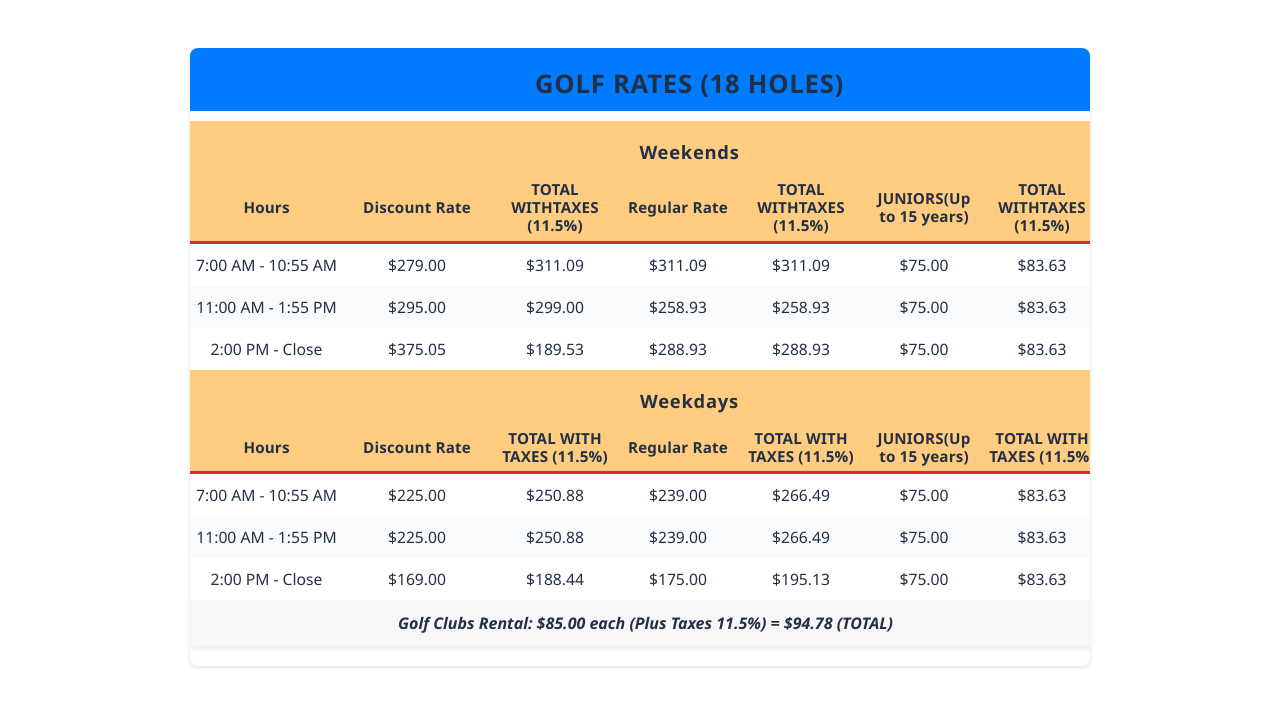
Repository: chvg1968/airphonebook
Page: src/html/pages/golfrates.html
An editor plug-in stored every save of this project. The page is shown before and after the next save, followed by the edit.
The browser window is 1280 px wide. The pictures show the whole page.

Above is the page before, as saved 2025-05-08 18:17:54.

After the next save:
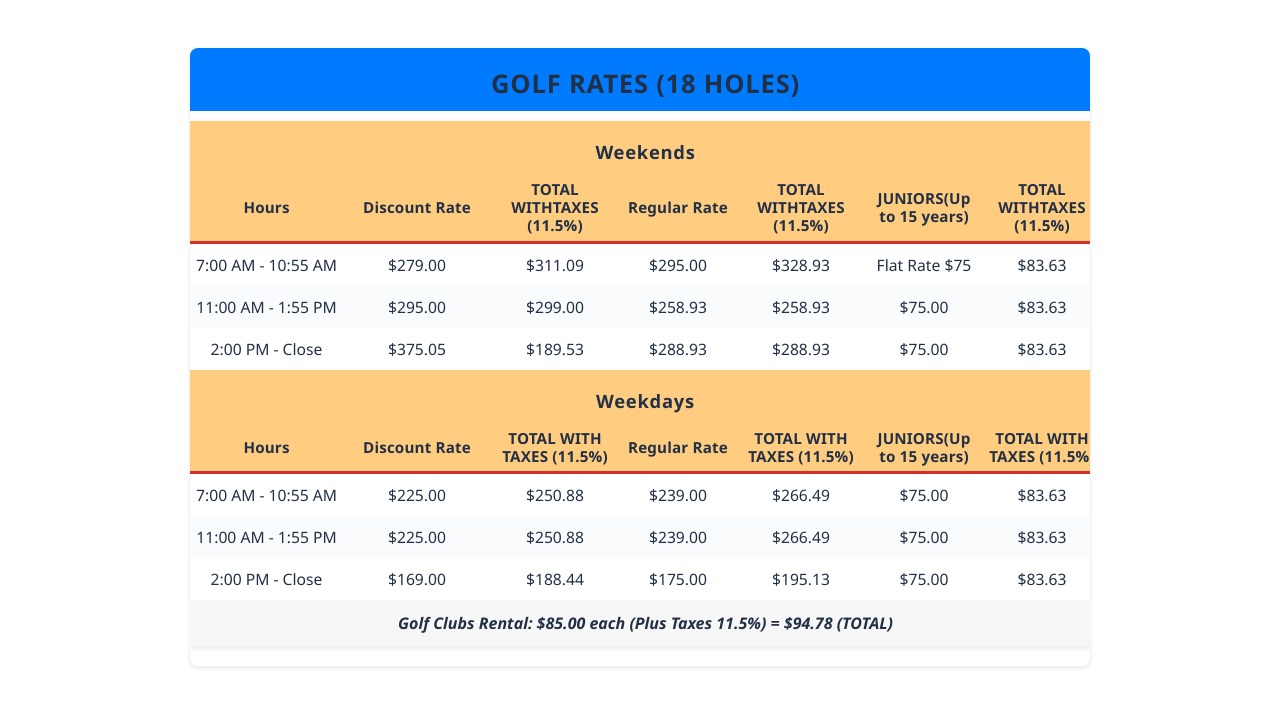
Saved 4 min 4 s later.
--- a/src/html/pages/golfrates.html
+++ b/src/html/pages/golfrates.html
@@ -128,7 +128,6 @@
             <th class="header-underline" style="min-width:120px;">TOTAL WITH<br>TAXES (11.5%)</th>
             <th class="header-underline" style="min-width:110px;">JUNIORS<br>(Up to 15 years)</th>
             <th class="header-underline" style="min-width:110px;">TOTAL WITH<br>TAXES (11.5%)</th>
-            <th class="header-underline" style="min-width:80px;">Flat Rate $75<br>($3.63)</th>
             </tr>
             </thead>
                 <tbody>
@@ -136,10 +135,9 @@
                     <td>7:00 AM - 10:55 AM</td>
                     <td>$279.00</td>
                     <td>$311.09</td>
-                    <td>$311.09</td>
-                    <td>$311.09</td>
-                    <td>$75.00</td>
-                    <td>$83.63</td>
+                    <td>$295.00</td>
+                    <td>$328.93</td>
+                    <td>Flat Rate $75</td>
                     <td>$83.63</td>
                   </tr>
                   <tr>
@@ -150,7 +148,6 @@
                     <td>$258.93</td>
                     <td>$75.00</td>
                     <td>$83.63</td>
-                    <td>$83.63</td>
                   </tr>
                   <tr>
                     <td>2:00 PM - Close</td>
@@ -159,7 +156,6 @@
                     <td>$288.93</td>
                     <td>$288.93</td>
                     <td>$75.00</td>
-                    <td>$83.63</td>
                     <td>$83.63</td>
                   </tr>
                 </tbody>
@@ -175,7 +171,6 @@
                     <th class="header-underline">TOTAL WITH TAXES (11.5%)</th>
                     <th class="header-underline">JUNIORS<br>(Up to 15 years)</th>
                     <th class="header-underline">TOTAL WITH TAXES (11.5%)</th>
-                    <th class="header-underline">Flat Rate $75</th>
                   </tr>
                 </thead>
                 <tbody>
@@ -187,7 +182,6 @@
                     <td>$266.49</td>
                     <td>$75.00</td>
                     <td>$83.63</td>
-                    <td>$83.63</td>
                   </tr>
                   <tr>
                     <td>11:00 AM - 1:55 PM</td>
@@ -197,7 +191,6 @@
                     <td>$266.49</td>
                     <td>$75.00</td>
                     <td>$83.63</td>
-                    <td>$83.63</td>
                   </tr>
                   <tr>
                     <td>2:00 PM - Close</td>
@@ -206,7 +199,6 @@
                     <td>$175.00</td>
                     <td>$195.13</td>
                     <td>$75.00</td>
-                    <td>$83.63</td>
                     <td>$83.63</td>
                   </tr>
                 </tbody>
